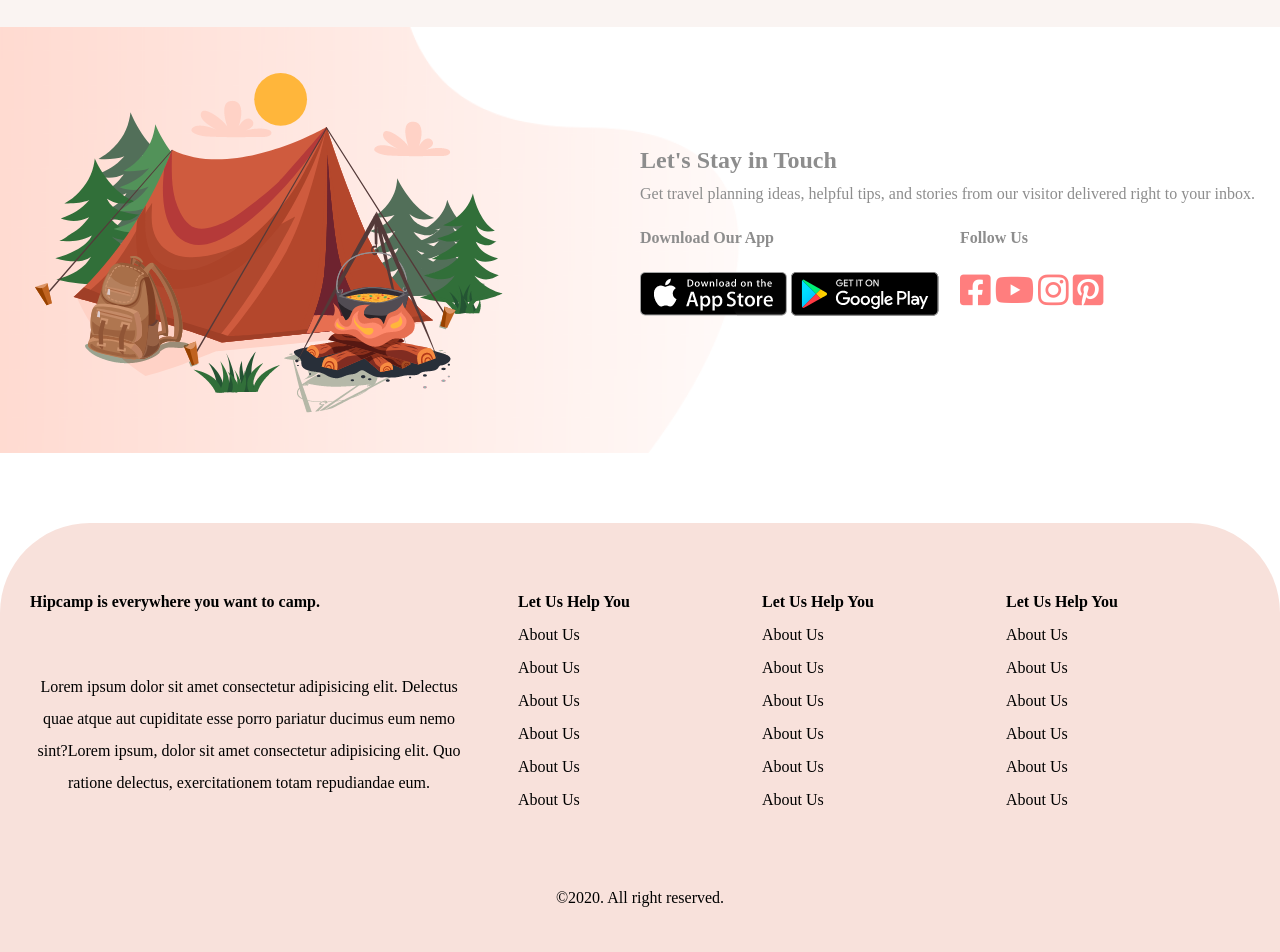
Repository: giahuy405/BC38_Camping_Pham_Gia_Huy
Page: index.html
An editor plug-in stored every save of this project. The page is shown before and after the next save, followed by the edit.
The browser window is 1280 px wide. The pictures show the part of the page from y = 1408 to 2360 px (the page is 2360 px tall before and 2330 px after).

Above is the page before, as saved 2022-09-13 19:55:25.

### index.html
<!DOCTYPE html>
<html lang="en">
<head>
    <meta charset="UTF-8">
    <meta http-equiv="X-UA-Compatible" content="IE=edge">
    <meta name="viewport" content="width=device-width, initial-scale=1.0">
    <title>Document</title>
    <link rel="stylesheet" href="https://cdnjs.cloudflare.com/ajax/libs/font-awesome/6.2.0/css/all.min.css" integrity="sha512-xh6O/CkQoPOWDdYTDqeRdPCVd1SpvCA9XXcUnZS2FmJNp1coAFzvtCN9BmamE+4aHK8yyUHUSCcJHgXloTyT2A==" crossorigin="anonymous" referrerpolicy="no-referrer" />
    <link rel="stylesheet" href="./css/index.css">
</head>
<body>
    <header>
       <div class="header__items">
            <img src="./img/logoicon.png" alt="">
            <nav>
                <ul>
                    <li><a href="#">Home</a></li>
                    <li><a href="#">Services</a></li>
                    <li><a href="#">Destination</a></li>
                    <li><a href="#">Events</a></li>
                    <li><a href="#">Gallery</a></li>
                    <li><a href="#">Contact us</a></li>
                </ul>
            </nav>
       </div>
    </header>
    <section class="carousel">
        <img src="./img/BG.png" alt="">
    </section>
    <section class="service">
        <img src="./img/Group 313.png" alt="">
        <h1>Explore Destination & Activities</h1>
        <div class="service__cards">
            <div class="service__card">
                <div class="service__item">
                    <img src="./img/product1.png" alt="">
                    <h3>Trickle Creek Ranch</h3>
                    <p>Book unique camping experiences on over 300,000 campsites</p>
                    <button>Read More</button>
                </div>
                <div class="service__heart">
                    <i class="fa fa-heart"></i>
                </div>
            </div>
            <div class="service__card">
                <div class="service__item">
                    <img src="./img/product4.png" alt="">
                    <h3>Trickle Creek Ranch</h3>
                    <p>Book unique camping experiences on over 300,000 campsites</p>
                    <button>Read More</button>
                </div>
                <div class="service__heart">
                    <i class="fa fa-heart"></i>
                </div>
            </div>
            <div class="service__card">
                <div class="service__item">
                    <img src="./img/product5.png" alt="">
                    <h3>Trickle Creek Ranch</h3>
                    <p>Book unique camping experiences on over 300,000 campsites</p>
                    <button>Read More</button>
                </div>
                <div class="service__heart">
                    <i class="fa fa-heart"></i>
                </div>
            </div>
            <div class="service__card">
                <div class="service__item">
                    <img src="./img/product1.png" alt="">
                    <h3>Trickle Creek Ranch</h3>
                    <p>Book unique camping experiences on over 300,000 campsites</p>
                    <button>Read More</button>
                </div>
                <div class="service__heart">
                    <i class="fa fa-heart"></i>
                </div>
            </div>
            <div class="clear"></div>
        </div>
        <button class="service__final-button">View All</button>
    </section>
    <div class="contact">
        <div class="contact__items contact__background">
            <img src="./img/homeicon.png" alt="">
        </div>
        <div class="contact__items contact__content">
            <h2>Let's Stay in Touch</h2>
            <p>Get travel planning ideas, helpful tips, and stories from our visitor delivered right to your inbox.</p>
            <div class="content__item">
                <h4>Download Our App</h4>
                <a href="https://www.youtube.com/" target="_blank"><img src="./img/download-on-the-app-store-apple-1.png" alt=""></a>
                <a href="https://www.youtube.com/" target="_blank"> <img src="./img/google-play-badge-1.png" alt=""></a>
            </div>
            <div class="content__item">
                <h4>Follow Us</h4>
                <ul>
                    <li><i class="fab fa-facebook-square"></i></li>
                    <li><i class="fab fa-youtube"></i></li>
                    <li><i class="fab fa-instagram"></i></li>
                    <li><i class="fab fa-pinterest-square"></i></li>
                </ul>
            </div>
            <div class="clear"></div>
        </div>
        <div class="clear"></div>
    </div>
    <footer>
        <div class="footer__item">
            <h4>Hipcamp is everywhere you want to camp.</h4>
            <p>Lorem ipsum dolor sit amet consectetur adipisicing elit. Delectus quae atque aut cupiditate esse porro pariatur ducimus eum nemo sint?Lorem ipsum, dolor sit amet consectetur adipisicing elit. Quo ratione delectus, exercitationem totam repudiandae eum.</p>
        </div>
        <div class="footer__item">
            <h4>Let Us Help You</h4>
            <ul>
                <li><a href="#">About Us</a></li>
                <li><a href="#">About Us</a></li>
                <li><a href="#">About Us</a></li>
                <li><a href="#">About Us</a></li>
                <li><a href="#">About Us</a></li>
                <li><a href="#">About Us</a></li>
            </ul>
        </div>
        <div class="footer__item">
            <h4>Let Us Help You</h4>
            <ul>
                <li><a href="#">About Us</a></li>
                <li><a href="#">About Us</a></li>
                <li><a href="#">About Us</a></li>
                <li><a href="#">About Us</a></li>
                <li><a href="#">About Us</a></li>
                <li><a href="#">About Us</a></li>
            </ul>
        </div>
        <div class="footer__item">
            <h4>Let Us Help You</h4>
            <ul>
                <li><a href="#">About Us</a></li>
                <li><a href="#">About Us</a></li>
                <li><a href="#">About Us</a></li>
                <li><a href="#">About Us</a></li>
                <li><a href="#">About Us</a></li>
                <li><a href="#">About Us</a></li>
            </ul>
        </div>
        <div class="clear"></div>
        <p>©2020. All right reserved.</p>
    </footer>
</body>
</html>

### css/index.css
*{
    padding: 0;
    margin: 0;
    box-sizing: border-box;
}
.header__items{
    width: 90%;
    margin: 0 auto;
}
header{
    background-color: #f8e1db;
}
nav{
    margin-top: 10px;
    padding-bottom: 10px;
}
nav ul{
    list-style: none;
}
nav li{
    display: inline;
    margin-right:30px;
}
nav a{
    text-decoration: none;
    color: #43403c;
}
nav a:hover{
    color: rgb(160, 5, 5);
}
.clear{
    clear: both;
}
.carousel img{
    height: 600px;
    width: 100%;
}
.service{
    text-align: center;
    padding-top: 70px;
    background-color: #faf4f2;
  padding-bottom: 80px;
}
.service > h1{
    color: #8d8d8d;
    margin-bottom: 30px;
}
.service__cards{
    width: 100%;

}
.service__card{
    float: left;
    width: 25%;
    padding: 0 15px;
    position: relative;
}
.service__item{
    background-color: white;
    border-radius: 18px;
    padding: 30px 30px;

}
.service__item img{
    border-radius: 25px;
    width: 100%;
}
.service__heart{
    position: absolute;
    top: 47px;
    right: 63px;
    width: 40px;
    height: 40px;
    line-height: 40px;
    color: rgba(255, 0, 0, 0.555);
    background-color: rgba(255, 255, 255, 0.651);
    border-radius: 10px;
}
.service__item h3{
    line-height: 3;
    color: #3a3735;
}
.service__item p{
    color: gray;
}
.service__card button{
    padding: 10px 45px;
    background-color: #e8e8e8;
    color: #8d8d8d;
    border-radius: 20px;
    border: none;
    margin-top: 30px;
    cursor: pointer;
}
.service__card button:hover{
    background-color: #7e7e7e;
    color: white;
}
.service__final-button{
    padding: 10px 45px;
    background-color: transparent;
    color: orangered;
    border-radius: 20px;
    border: 1px solid orangered;
    margin-top: 30px;
    cursor: pointer;
}
.service__final-button:hover{
    background-color: #3a3735;
    color: white;
}

.contact{
    background-image: url(../img/mask.png);
    background-position: center;
    background-repeat: no-repeat;
    background-size: cover;
    margin-bottom: 70px;
}

.contact__items{
    float: left;
    width: 50%;
}
.contact__background{
    padding: 35px;
}
.contact__content{
    padding-top:120px;
}
.contact__content{
    color: #8d8d8d;
}
.contact__content p{
    line-height: 2.5;
    margin-bottom: 15px;
}
.content__item{
    float: left;
    width: 50%;
}
.content__item ul{
    list-style: none;
}
.content__item li{
    display: inline;

}
.content__item i{
    color: rgba(255, 0, 0, 0.507);
    font-size: 35px;
    cursor: pointer;
}
.content__item i:hover{
    color: red;
}
.content__item h4{
    margin-bottom: 25px;
}

footer{
    background-color: #f8e1db;
    padding-top: 70px;
    border-top-left-radius: 90px;
    border-top-right-radius:90px;
    padding-left: 30px;
    padding-right: 30px;
}
.footer__item{
    float: left;
    width: 20%;
}
.footer__item:nth-child(1){
    float: left;
    width: 40%;
    padding-right: 50px;
}
.footer__item ul{
    list-style: none;
}
.footer__item a{
    text-decoration: none;
    color: black;
}
.footer__item a:hover{
    color: red;
}
.footer__item p{
    margin-top: 15px;
    line-height: 2;
}
.footer__item li{

    margin-top: 15px;
}
footer p:last-of-type{
    text-align: center;
    padding: 45px 0;
}

After the next save:
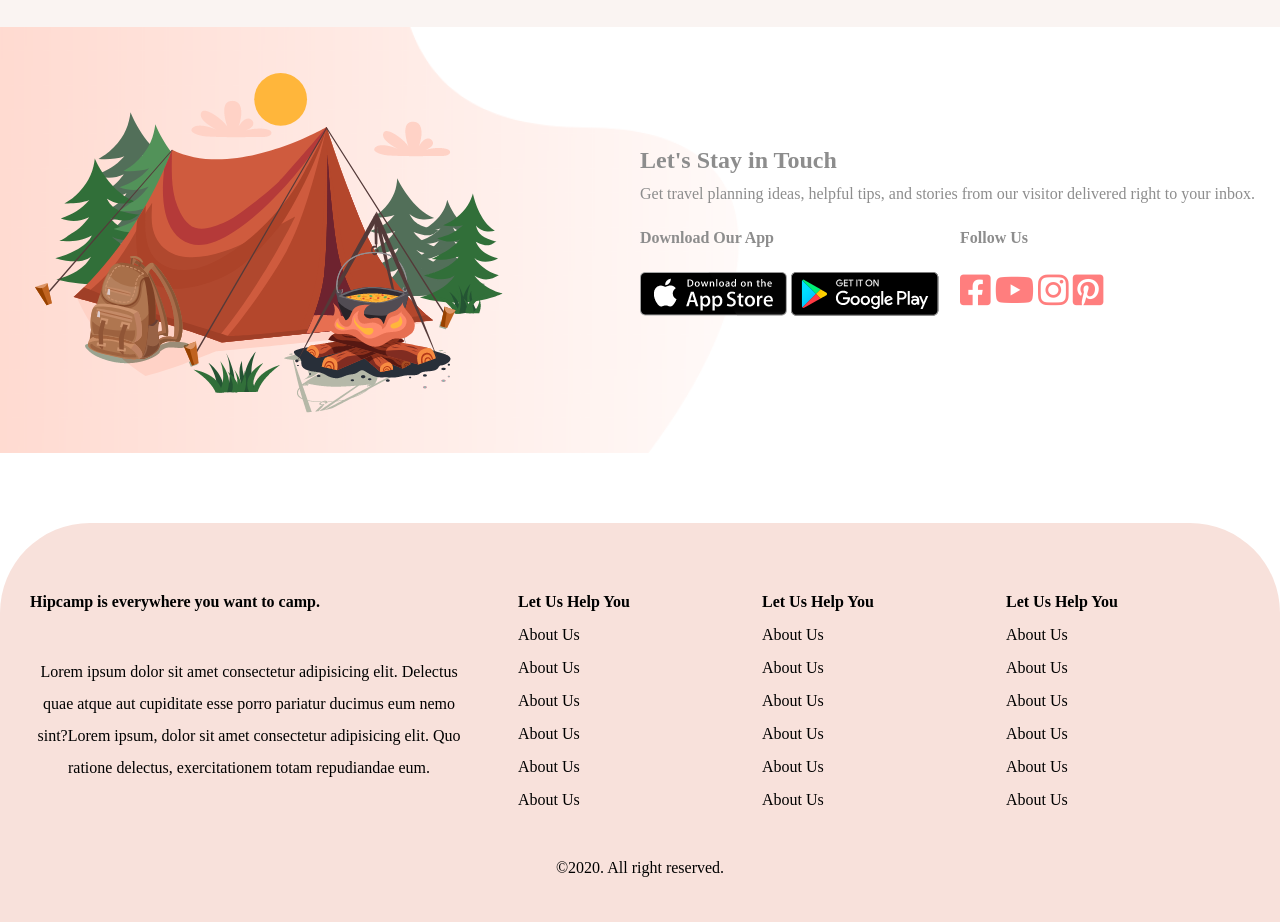
Saved 18 s later.
--- a/css/index.css
+++ b/css/index.css
@@ -195,5 +195,6 @@
 }
 footer p:last-of-type{
     text-align: center;
-    padding: 45px 0;
-}
+    padding-bottom: 45px ;
+    padding-top: 30px;
+}
